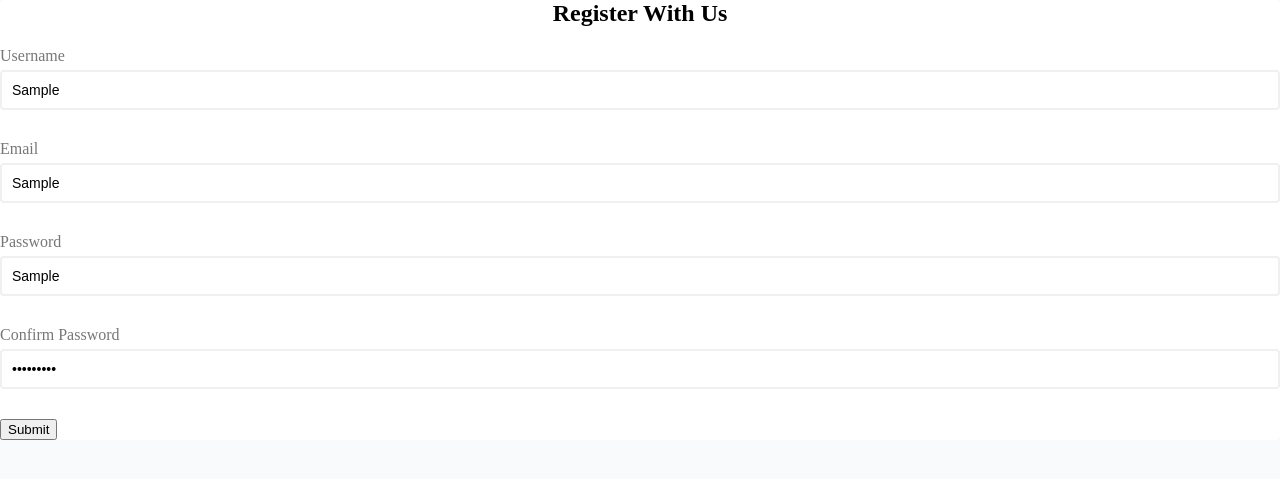
Repository: atko87/Form-Validator-Intro-
Page: index.html
These files come from the project's save history. The page is drawn as it stood at one moment and after the next save; the edit follows.
The browser window is 1280 px wide. The pictures show the whole page.
Empty fields were first filled with sample values (such as "Sample", 5 or name@example.com).
After loading, the first visible `#form` was submitted once.

Above is the page before, as saved 2020-03-08 09:27:52.
Console error: ReferenceError: showSucces is not defined

After the next save:
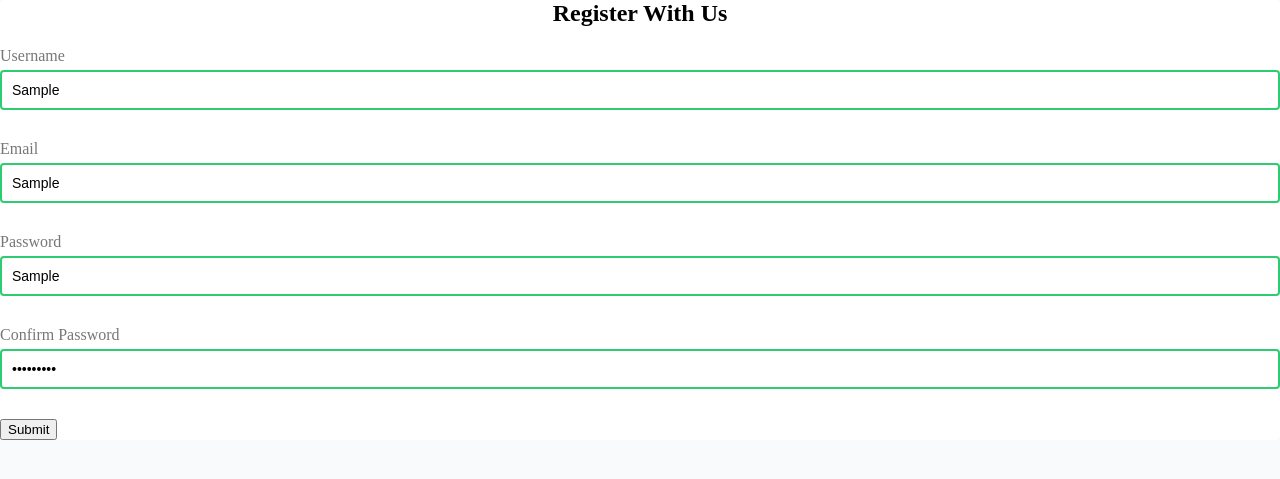
The error is gone.
Saved 56 s later.
--- a/script.js
+++ b/script.js
@@ -33,7 +33,7 @@ function checkRequired(inputArr) {
     if (input.value.trim() === "") {
       showError(input, `${getFieldName(input)} is required`);
     } else {
-      showSucces(input);
+      showSuccess(input);
     }
   });
 }
